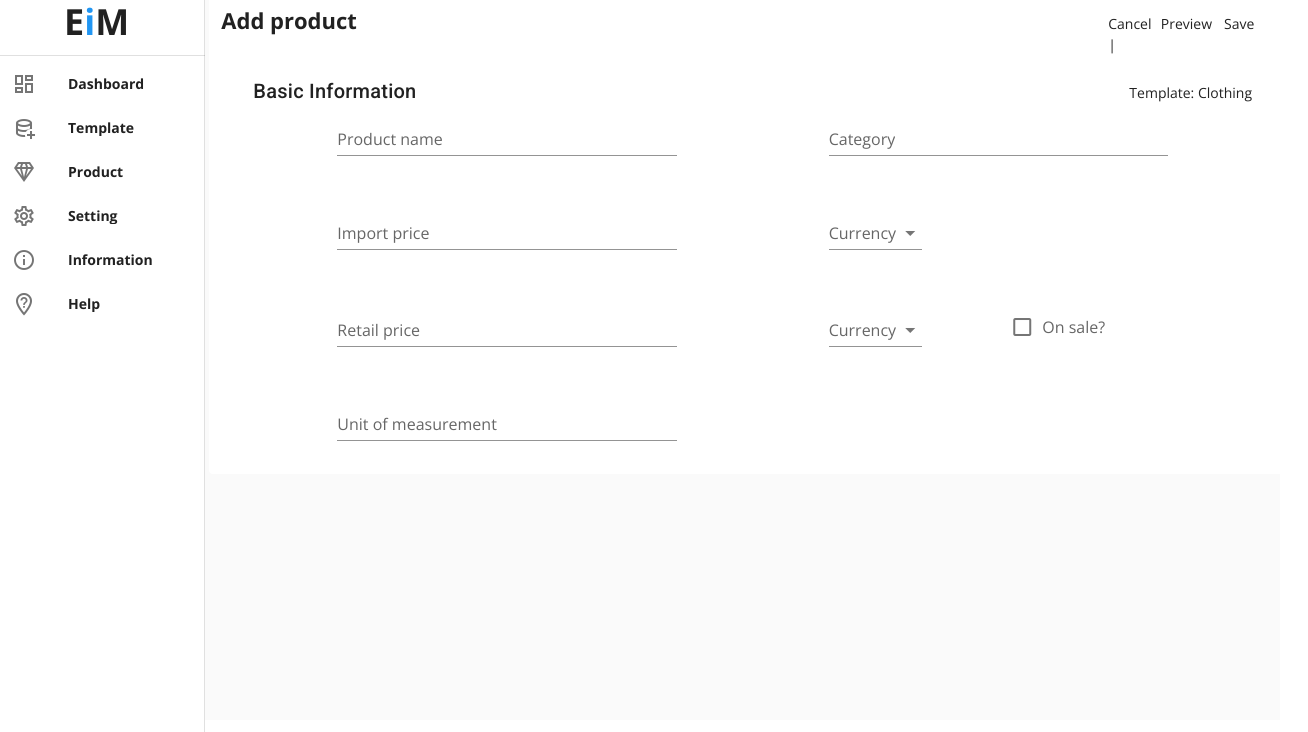
Repository: nguyenphuong152/pim-template
Page: /addproduct
The author's editor kept a copy of each file at every save. The page is drawn from the files as they stood at one save, then again after the next save.
The browser window is 1280 px wide. The page is 1308 px wide, so the pictures cover 1308 px, including what lies to the right of the window. The pictures show the whole page.
The project was rebuilt for these pictures with package versions that can differ from the ones it lists, and the page was loaded fresh each time. Also part of the build but not shown: vue.config.js, src/views/Home.vue, src/components/Outcome_1/SearchTemplate.vue, src/components/Outcome_1/YourTemplate.vue, src/components/Outcome_1/ListComponent.vue, src/components/Outcome_1/AddInfo.vue, src/components/Outcome_1/AddDetail.vue, src/components/Outcome_1/CreateRegion.vue and 5 more.

Above is the page before, as saved 2020-12-21 11:32:16.

### public/index.html
<!DOCTYPE html>
<html lang="en">
  <head>
    <meta charset="utf-8" />
    <meta http-equiv="X-UA-Compatible" content="IE=edge" />
    <meta name="viewport" content="width=device-width,initial-scale=1.0" />
    <link rel="icon" href="<%= BASE_URL %>favicon.ico" />
    <link rel="preconnect" href="https://fonts.gstatic.com" />
    <link rel="preconnect" href="https://fonts.gstatic.com" />
    <link rel="preconnect" href="https://fonts.gstatic.com" />
    <link
      href="https://fonts.googleapis.com/css2?family=Open+Sans:wght@300;400;600;700;800&display=swap"
      rel="stylesheet"
    />
    <link
      href="https://fonts.googleapis.com/css?family=Montserrat:300,400,500,600,700"
      rel="stylesheet"
    />
    <title><%= htmlWebpackPlugin.options.title %></title>
    <link
      rel="stylesheet"
      href="https://fonts.googleapis.com/css?family=Roboto:100,300,400,500,700,900"
    />
    <link
      rel="stylesheet"
      href="https://cdn.jsdelivr.net/npm/@mdi/font@latest/css/materialdesignicons.min.css"
    />
  </head>
  <body>
    <noscript>
      <strong
        >We're sorry but <%= htmlWebpackPlugin.options.title %> doesn't work
        properly without JavaScript enabled. Please enable it to
        continue.</strong
      >
    </noscript>
    <div id="app"></div>
    <!-- built files will be auto injected -->
  </body>
</html>

### src/main.js
import Vue from 'vue'
import App from './App.vue'
import router from './router'
import '../sass/style.scss'
import vuetify from './plugins/vuetify';

Vue.config.productionTip = false

new Vue({
  router,
  vuetify,
  render: h => h(App)
}).$mount('#app')

### src/App.vue
<template>
  <v-app v-bind:style="{ background: activeColor }">
    <v-row>
      <v-col cols="2" class="pa-0">
        <v-navigation-drawer permanent width="220">
          <v-list-item>
            <v-list-item-content>
              <v-list-item-title class="logo">
                E<span class="blue--text">i</span>M
              </v-list-item-title>
            </v-list-item-content>
          </v-list-item>

          <v-divider></v-divider>

          <v-list dense nav class="text-start pl-4">
            <v-list-item
              v-for="item in items"
              :key="item.title"
              :to="item.path"
              color="blue"
            >
              <v-list-item-icon>
                <v-icon>{{ item.icon }}</v-icon>
              </v-list-item-icon>
              <v-list-item-content>
                <v-list-item-title class="template-title font-weight-bold ">{{
                  item.title
                }}</v-list-item-title>
              </v-list-item-content>
            </v-list-item>
          </v-list>
        </v-navigation-drawer>
      </v-col>
      <v-col class="pa-0">
        <router-view />
      </v-col>
    </v-row>
  </v-app>
</template>

<script>
export default {
  name: "App",
  components: {},
  watch: {
    $route(to) {
      document.title = `${to.meta.title}`;
    },
  },
  data() {
    return {
      clicked: false,
      activeColor: "#FAFAFA",
      items: [
        { title: "Dashboard", icon: "mdi-view-dashboard-outline", path: "" },
        {
          title: "Template",
          icon: "mdi-database-plus-outline",
          path: "/template",
        },
        { title: "Product", icon: "mdi-diamond-stone", path: "/product" },
        { title: "Setting", icon: "mdi-cog-outline", path: "" },
        { title: "Information", icon: "mdi-information-outline", path: "" },
        { title: "Help", icon: "mdi-map-marker-question-outline", path: "" },
      ],
      right: null,
    };
  },
};
</script>

### src/router/index.js
import Vue from "vue";
import VueRouter from "vue-router";
import Home from "../views/Home.vue";
import Template from "../views/Outcome_1/CreateProductTemplate.vue";
import Product from "../views/Outcome_2/Outcome_2_screen.vue";
import AddProduct from "../views/Outcome_2/AddProduct.vue";

Vue.use(VueRouter);

const routes = [
  {
    path: "/",
    name: "Home",
    component: Home,
  },
  {
    path: "/template",
    name: "Template",
    component: Template,
    meta: {
      title: "Add Template",
    },
  },
  {
    path: "/product",
    name: "Product",
    component: Product,
    meta: {
      title: "Product",
    },
  },
  {
    path: "/addproduct",
    name: "AddProduct",
    component: AddProduct,
    meta: {
      title: "Add Product",
    },
  },
  {
    path: "/about",
    name: "About",
    // route level code-splitting
    // this generates a separate chunk (about.[hash].js) for this route
    // which is lazy-loaded when the route is visited.
    component: () =>
      import(/* webpackChunkName: "about" */ "../views/About.vue"),
  },
];

const router = new VueRouter({
  mode: "history",
  base: process.env.BASE_URL,
  routes,
});

export default router;

### sass/style.scss
$font-primary: 'Open Sans',
sans-serif;

@import "~vuetify/src/styles/styles.sass";

$fontsize-content: 14px;
$fontsize-title: 24px;
$fontsize-logo:36px;
$fontsize-header:22px;
$fontsize-nav:20px;


#app {
  font-family: $font-primary;
   font-size:$fontsize-content;
  -webkit-font-smoothing: antialiased;
  -moz-osx-font-smoothing: grayscale;
  text-align: center;
  color: #2c3e50;
}

#nav {
  padding: 30px;
}

#nav a {
  font-weight: bold;
  color: #2c3e50;
}

#nav a.router-link-exact-active {
  color: #42b983;
}

.title {
  font: $font-primary !important;
  font-size: $fontsize-nav !important;
}

.logo {
  @extend .title;
  font-weight: 700 !important;
  font-size: $fontsize-logo !important;
}

.text-header {
  font: $font-primary !important;
  font-size: $fontsize-header !important;
  font-weight: 700;
}


.template-title {
  @extend .title;
  font-size: $fontsize-content !important;
}

### src/views/Outcome_2/AddProduct.vue
<template>
  <v-container class="pa-0">
    <v-card class="ma-1" flat>
      <v-container class="text-start">
        <v-row class="align-baseline">
          <v-col cols="10">
            <span class="text-header">Add product</span>
          </v-col>
          <v-col>
            <v-row>
              <v-col class="px-0">
                <span>Cancel |</span>
              </v-col>
              <v-col class="px-0 text-end">
                <span>Preview</span>
              </v-col>
              <v-col>
                <span>Save</span>
              </v-col>
            </v-row>
          </v-col>
        </v-row>
      </v-container>
    </v-card>
    <BasicInfo />
  </v-container>
</template>

<script>
import BasicInfo from "../../components/Outcome_2/BasicInfo";
export default {
  components: {
    BasicInfo,
  },
};
</script>

### src/components/Outcome_2/BasicInfo.vue
<template>
  <v-container class="text-start ma-1 pa-0">
    <v-card flat>
      <v-row class="d-flex align-baseline px-14 pt-4">
        <span class="title pr-1">Basic Information</span>
        <v-spacer></v-spacer>
        <span>Template: Clothing</span>
      </v-row>
      <v-container class="px-16 py-0">
        <v-row class="d-flex align-baseline pa-0">
          <v-col>
            <v-container class="py-0 px-16">
              <v-text-field
                color="blue darken-2"
                label="Product name"
                hint="Miniskirt-02"
                required
              ></v-text-field>
            </v-container>
          </v-col>
          <v-col>
            <v-container class="py-0 px-16">
              <v-text-field
                color="blue darken-2"
                label="Category"
                hint="Ex: Miniskirt"
                required
              ></v-text-field>
            </v-container>
          </v-col>
        </v-row>
        <v-row class="d-flex align-baseline">
          <v-col cols="6">
            <v-container class="py-0 px-16">
              <v-text-field
                color="blue darken-2"
                label="Import price"
                hint="180,000"
                required
              ></v-text-field>
            </v-container>
          </v-col>
          <v-col cols="3">
            <v-container class="py-0 px-16">
              <v-select :items="items" label="Currency"></v-select>
            </v-container>
          </v-col>
          <v-col> </v-col>
        </v-row>
        <v-row class="d-flex align-baseline">
          <v-col cols="6">
            <v-container class="py-0 px-16">
              <v-text-field
                color="blue darken-2"
                label="Retail price"
                hint="180,000"
                required
              ></v-text-field>
            </v-container>
          </v-col>
          <v-col cols="3">
            <v-container class="py-0 px-16">
              <v-select :items="items" label="Currency"></v-select>
            </v-container>
          </v-col>
          <v-col
            ><v-checkbox label="On sale?" color="red" hide-details></v-checkbox>
          </v-col>
        </v-row>
        <v-row class="d-flex align-baseline">
          <v-col cols="6">
            <v-container class="py-0 px-16">
              <v-text-field
                color="blue darken-2"
                label="Unit of measurement"
                hint="Ex: piece, pair,..."
                required
              ></v-text-field>
            </v-container>
          </v-col>
        </v-row>
      </v-container>
    </v-card>
  </v-container>
</template>

<script>
export default {
  data: () => ({
    items: ["VND", "USD", "EUR"],
  }),
};
</script>

<style></style>

Loaded but not shown: src/plugins/vuetify.js (common file)

After the next save:
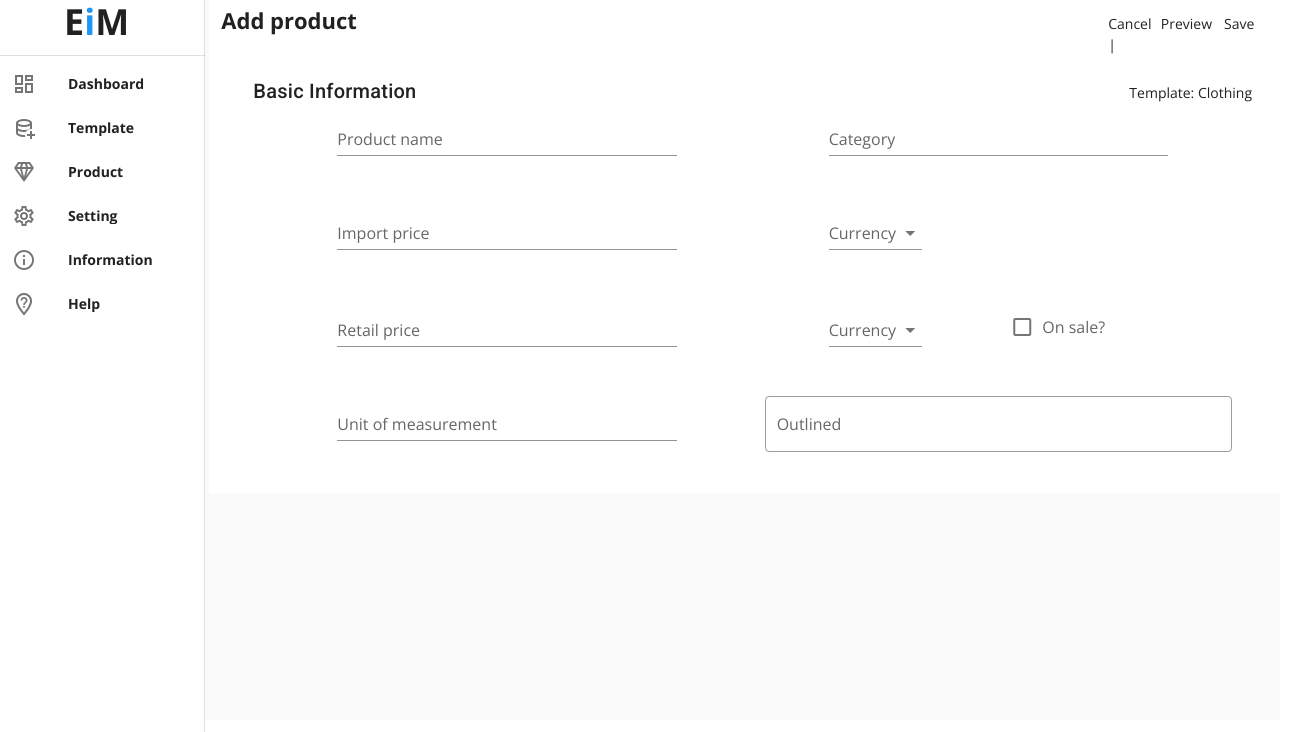
Saved 53 s later.
--- a/src/components/Outcome_2/BasicInfo.vue
+++ b/src/components/Outcome_2/BasicInfo.vue
@@ -78,6 +78,13 @@
               ></v-text-field>
             </v-container>
           </v-col>
+          <v-col>
+            <v-text-field
+              label="Outlined"
+              placeholder="Placeholder"
+              outlined
+            ></v-text-field>
+          </v-col>
         </v-row>
       </v-container>
     </v-card>
